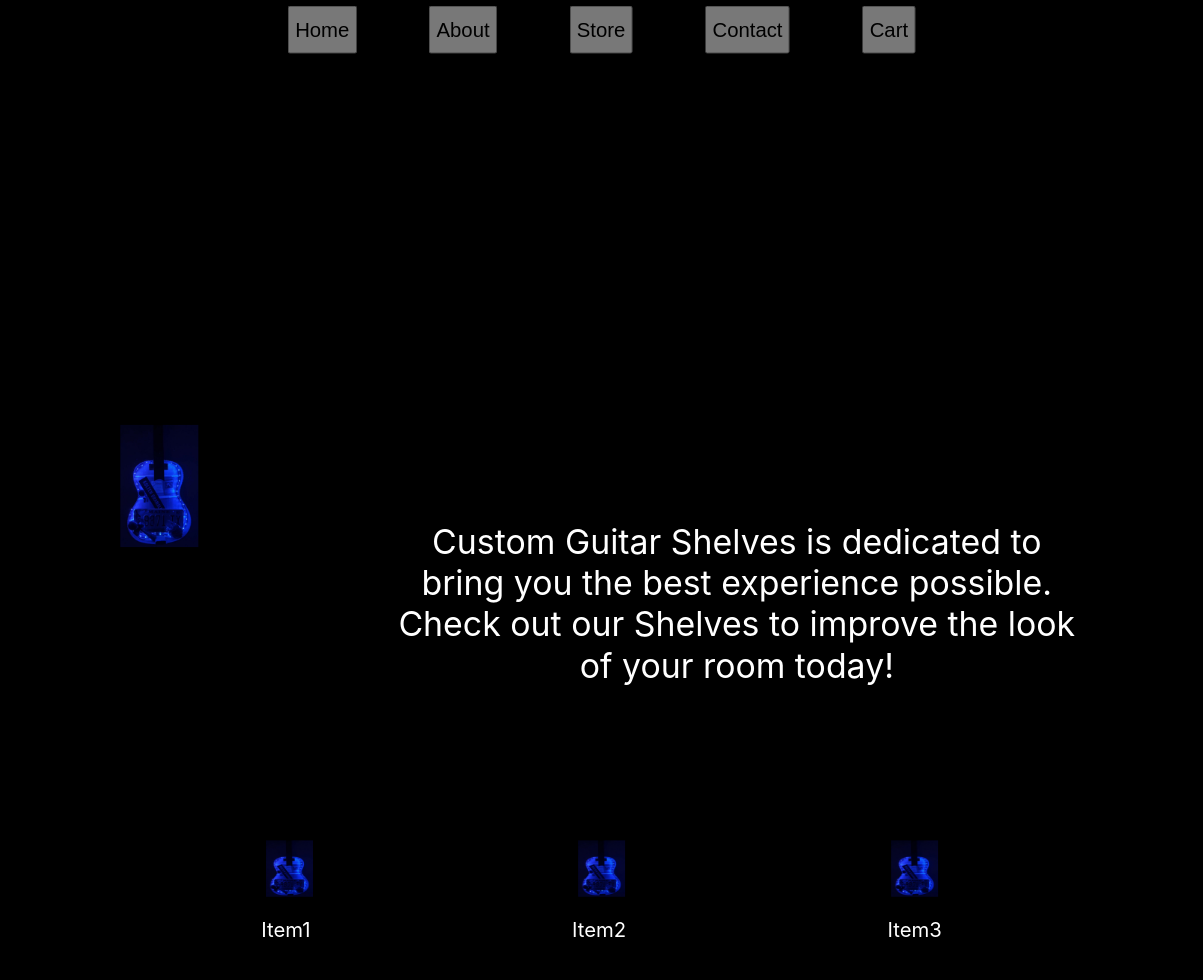
Repository: Kobramall/guitar-shelves-mock-store
Page: /
These files come from the project's save history. The page is drawn as it stood at one moment and after the next save; the edit follows.
The browser window is 1280 px wide. The pictures show the whole page, at 94% of full size.
Pictures or frames that could not be fetched are drawn as grey boxes. The project was rebuilt for these pictures with package versions that can differ from the ones it lists, and the page was loaded fresh each time. Also part of the build but not shown: src/componets/Cart.js. Imported but missing from the stored project, and not drawn on this page: src/assets/GuitarSV.MP4.

Above is the page before, as saved 2022-11-02 17:17:35.

After the next save:
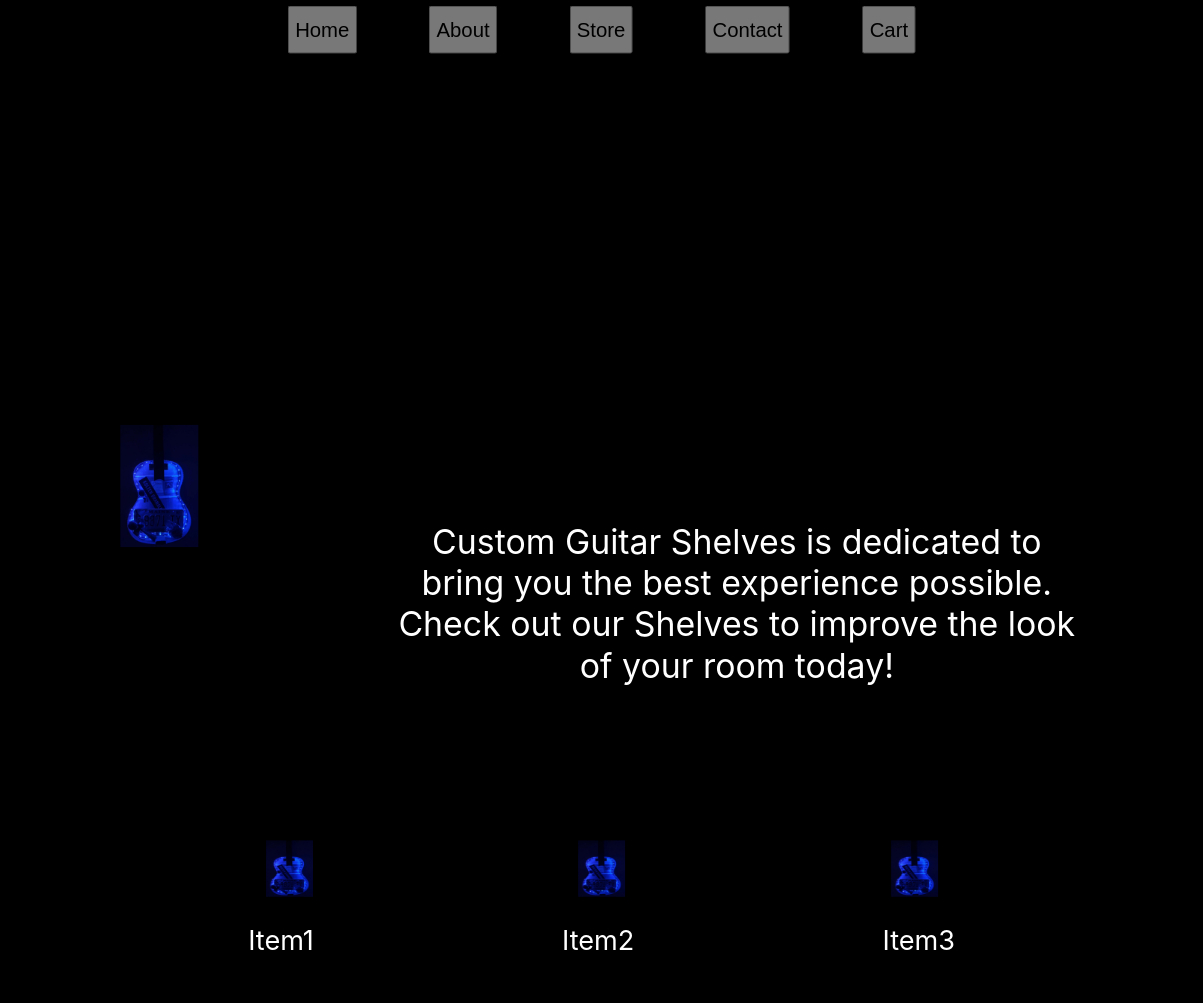
Saved 5 s later.
--- a/src/App.css
+++ b/src/App.css
@@ -63,7 +63,7 @@
   display: flex;
   justify-content: space-evenly;
   margin-top:0%;
-  font-size: 3vh;
+  font-size: 4vh;
 }
 
 @keyframes App-logo-spin {
